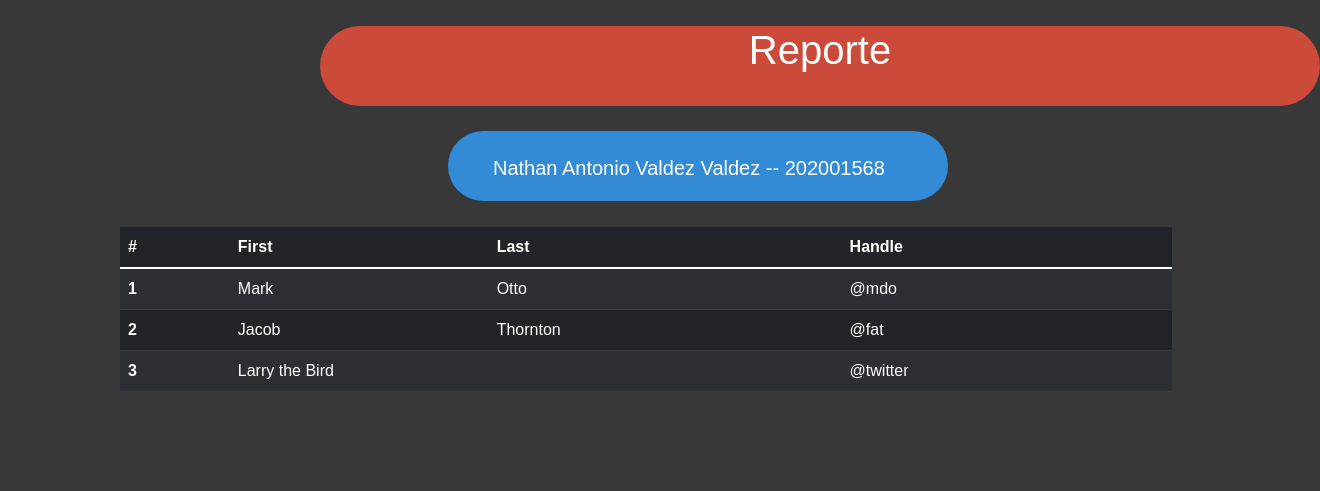
Repository: nathanvdev/LFP_PR_202001568
Page: plantilla.html
An editor plug-in stored every save of this project. The page is shown before and after the next save, followed by the edit.
The browser window is 1280 px wide. The page is 1320 px wide, so the pictures cover 1320 px, including what lies to the right of the window. The pictures show the whole page.

Above is the page before, as saved 2022-02-19 19:15:29.

After the next save:
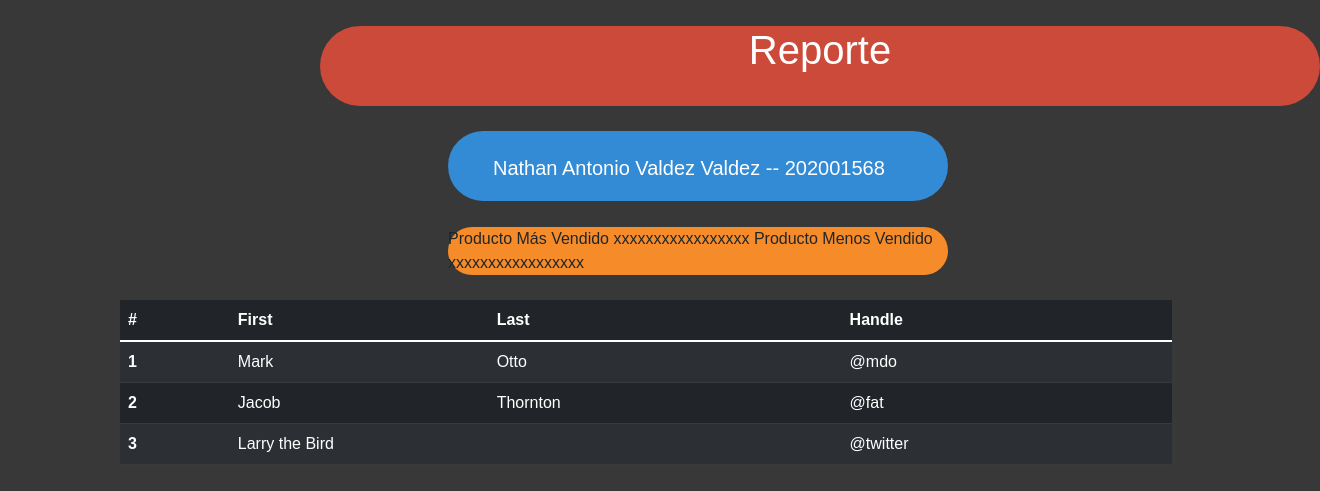
Saved 70 s later.
--- a/plantilla.html
+++ b/plantilla.html
@@ -64,7 +64,10 @@
 
     <div class="Datos">
         <div>
-
+            Producto Más Vendido
+            xxxxxxxxxxxxxxxxx
+            Producto Menos Vendido
+            xxxxxxxxxxxxxxxxx
         </div>
     </div>
 
